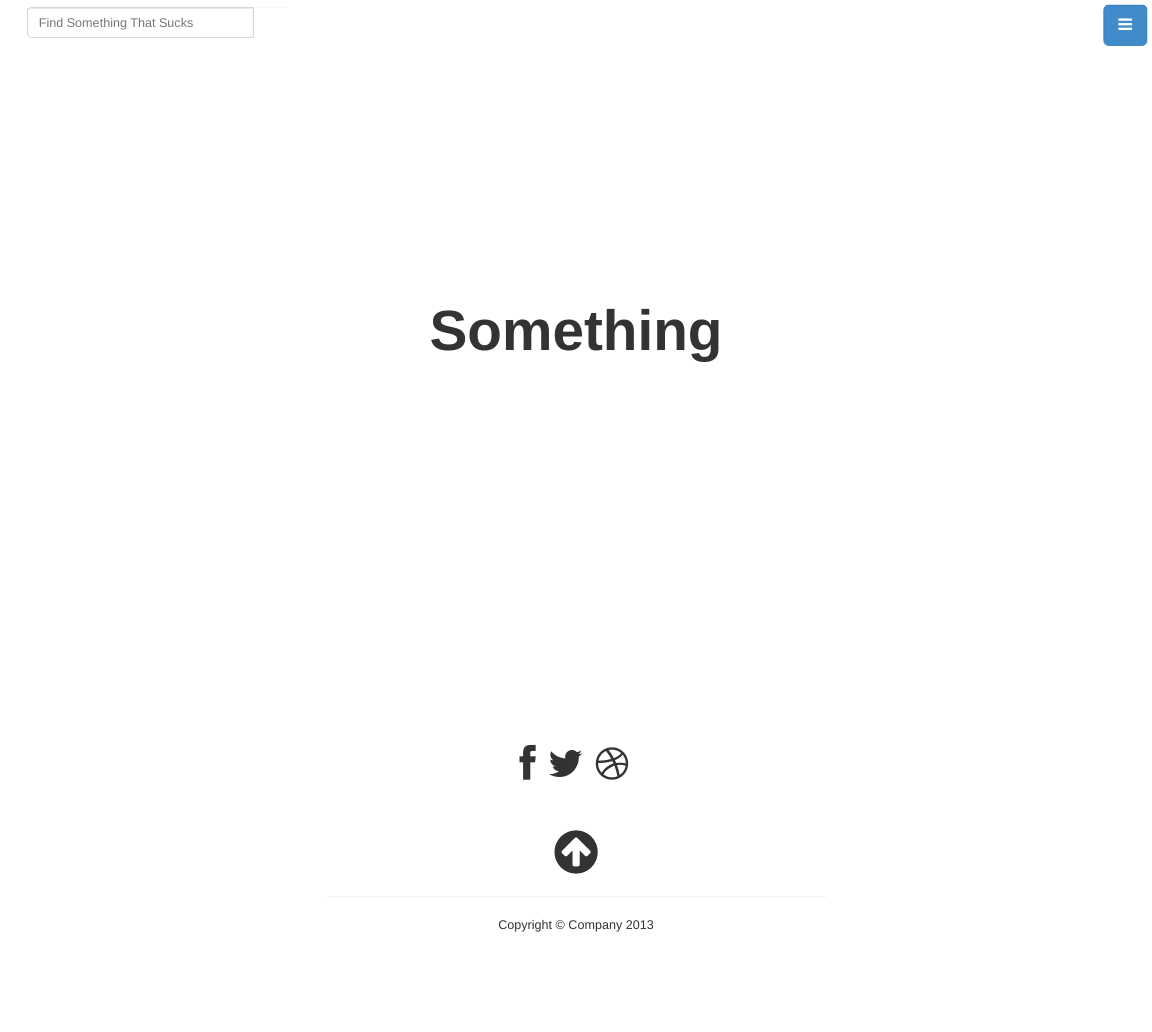
Repository: rajisreehari/sr
Page: http://localhost/SRWeb/WEB-INF/views/sr/find.jsp
An editor plug-in stored every save of this project. The page is shown before and after the next save, followed by the edit.
The browser window is 1280 px wide. The pictures show the whole page, at 90% of full size.
Backgrounds fixed to the window are drawn as part of the page. The page is served by Tomcat 9. Nobody is signed in. The template is opened directly, without the code that normally fills it, so the values that code supplies are empty.

Above is the page before, as saved 2014-07-16 16:16:44.

After the next save:
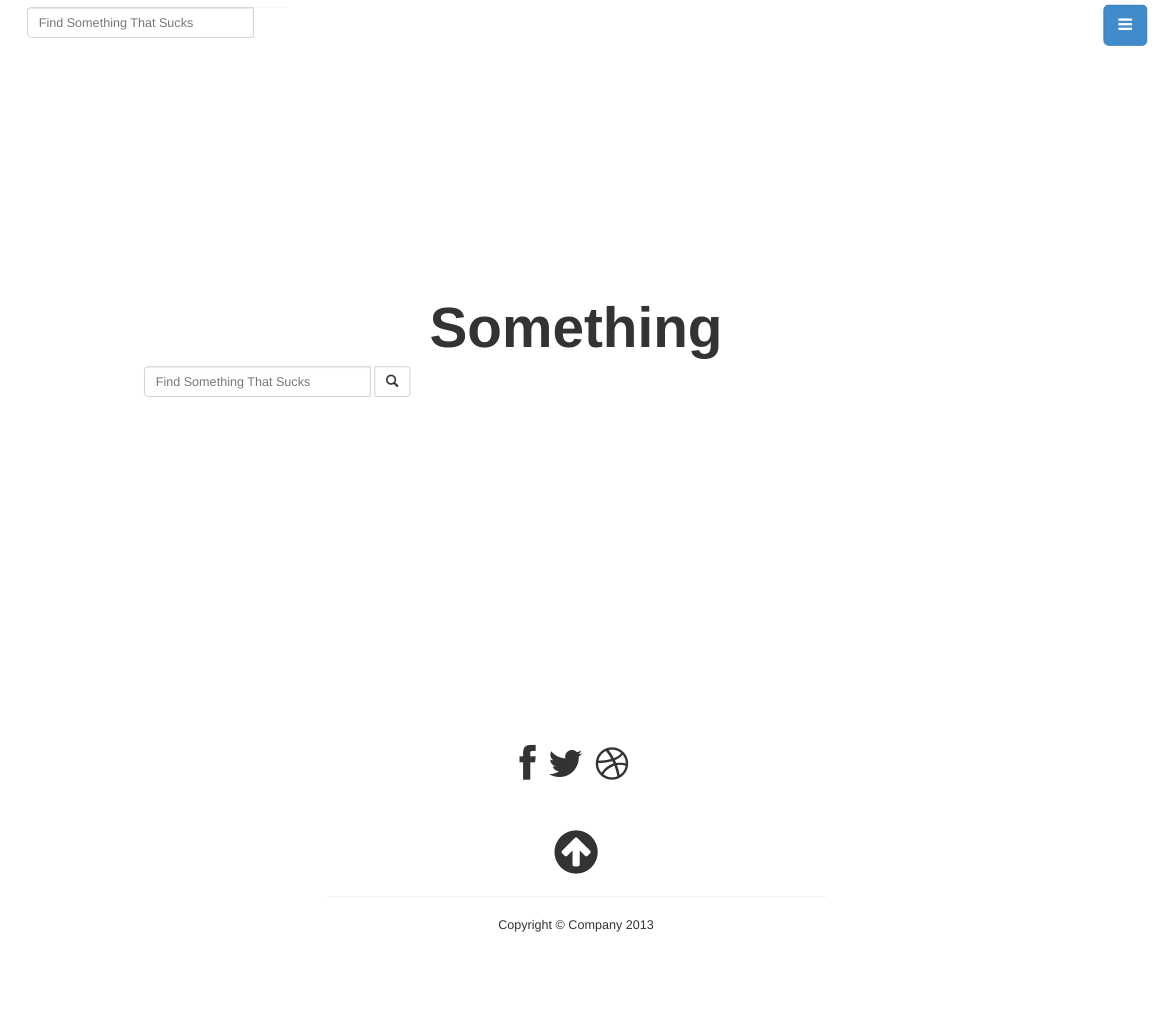
Saved 26 s later.
--- a/SRWeb/WebContent/WEB-INF/views/sr/find.jsp
+++ b/SRWeb/WebContent/WEB-INF/views/sr/find.jsp
@@ -1,9 +1,22 @@
 <jsp:include page="../common/head.jsp" />
 
-    <div id="top" class="header">
-        <div class="vert-text">
-            <h1>Something</h1>
-        </div>
-    </div>
+<div id="top" class="header">
+	<div class="vert-text">
+		<h1>Something</h1>
+
+		<div class="col-sm-3 col-md-3 pull-left">
+			<form class="navbar-form" role="search">
+				<div id="myCoolDiv" class="input-group">
+					<input type="text" class="form-control" placeholder="Find Something That Sucks" name="q">
+					<div class="input-group-btn">
+						<button class="btn btn-default" type="submit">
+							<i class="glyphicon glyphicon-search"></i>
+						</button>
+					</div>
+				</div>
+			</form>
+		</div>
+	</div>
+</div>
 
 <jsp:include page="../common/footer.jsp" />
